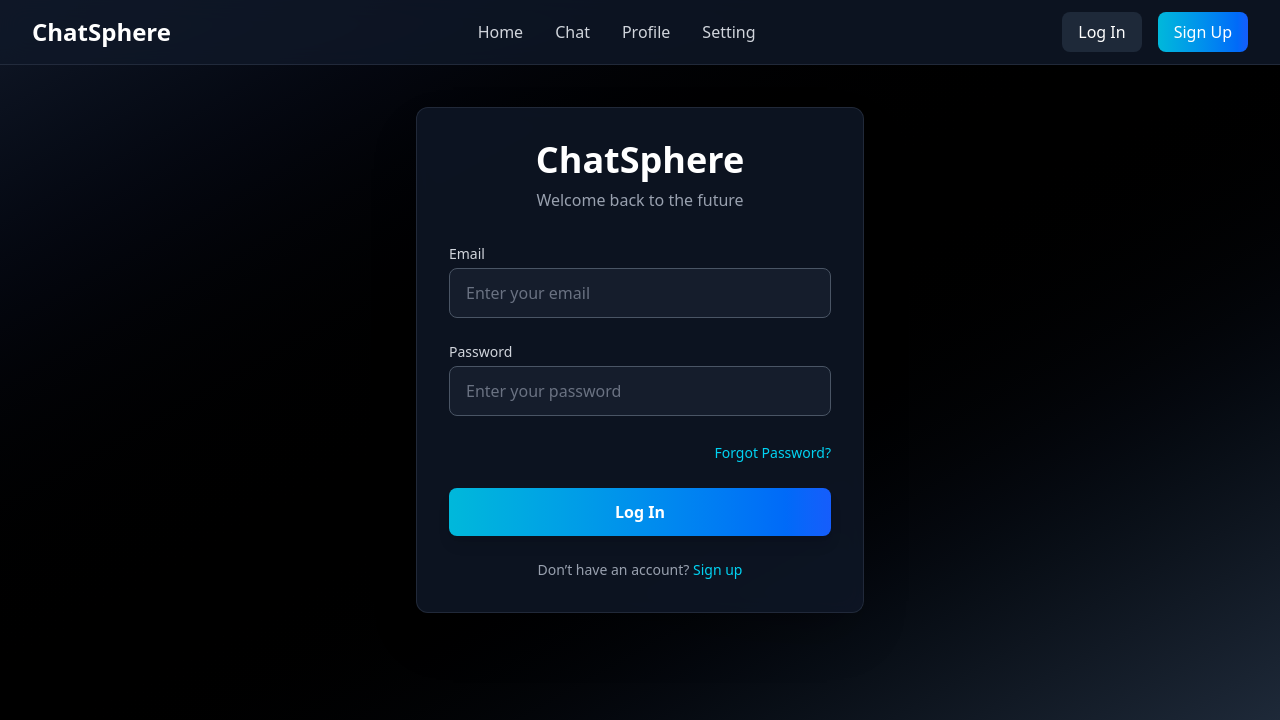
Repository: DiwanMalla/chatSphere
Page: /settings (app in frontend/)
The author's editor kept a copy of each file at every save. The page is drawn from the files as they stood at one save, then again after the next save.
The browser window is 1280 px wide. The pictures show the whole page.
The page's requests for data from a server got no answer. The project was rebuilt for these pictures with package versions that can differ from the ones it lists, and the page was loaded fresh each time. No one was signed in, and anything a server would have sent is missing. Also part of the build but not shown: frontend/vite.config.ts, frontend/src/pages/HomePage.tsx, frontend/src/pages/SignUpPage.tsx, frontend/src/pages/ProfilePage.tsx, frontend/src/pages/Settings.tsx, frontend/src/pages/LandingPage.tsx.

Above is the page before, as saved 2025-03-22 16:31:14.

After the next save:
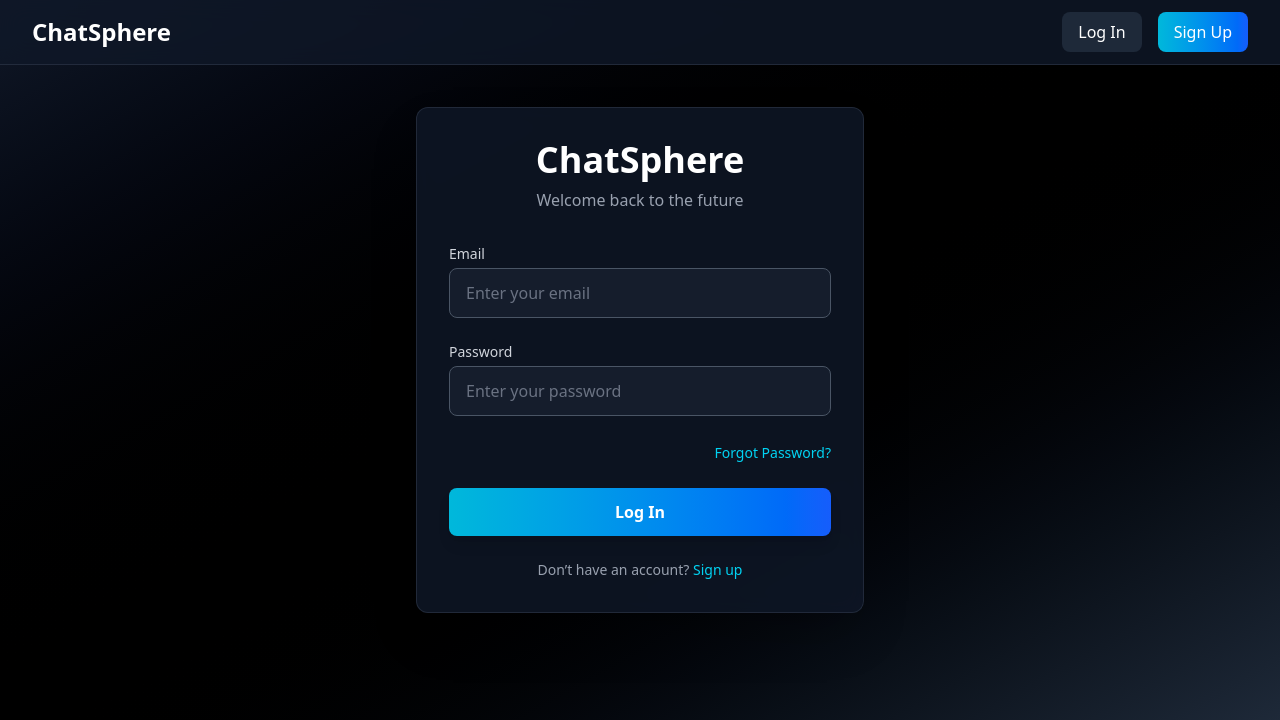
Saved 20 s later.
--- a/frontend/src/components/Navbar.tsx
+++ b/frontend/src/components/Navbar.tsx
@@ -23,48 +23,50 @@ const Navbar = () => {
 
           {/* Desktop Menu */}
           {/* {authUser ? ( */}
-          <div className="hidden md:flex space-x-8">
-            <NavLink
-              to="/"
-              className={({ isActive }) =>
-                `text-gray-300 hover:text-cyan-400 transition-colors duration-200 ${
-                  isActive ? "text-cyan-400" : ""
-                }`
-              }
-            >
-              Home
-            </NavLink>
-            <NavLink
-              to="/chat"
-              className={({ isActive }) =>
-                `text-gray-300 hover:text-cyan-400 transition-colors duration-200 ${
-                  isActive ? "text-cyan-400" : ""
-                }`
-              }
-            >
-              Chat
-            </NavLink>
-            <NavLink
-              to="/profile"
-              className={({ isActive }) =>
-                `text-gray-300 hover:text-cyan-400 transition-colors duration-200 ${
-                  isActive ? "text-cyan-400" : ""
-                }`
-              }
-            >
-              Profile
-            </NavLink>
-            <NavLink
-              to="/settings"
-              className={({ isActive }) =>
-                `text-gray-300 hover:text-cyan-400 transition-colors duration-200 ${
-                  isActive ? "text-cyan-400" : ""
-                }`
-              }
-            >
-              Setting
-            </NavLink>
-          </div>
+          {authUser && (
+            <div className="hidden md:flex space-x-8">
+              <NavLink
+                to="/"
+                className={({ isActive }) =>
+                  `text-gray-300 hover:text-cyan-400 transition-colors duration-200 ${
+                    isActive ? "text-cyan-400" : ""
+                  }`
+                }
+              >
+                Home
+              </NavLink>
+              <NavLink
+                to="/chat"
+                className={({ isActive }) =>
+                  `text-gray-300 hover:text-cyan-400 transition-colors duration-200 ${
+                    isActive ? "text-cyan-400" : ""
+                  }`
+                }
+              >
+                Chat
+              </NavLink>
+              <NavLink
+                to="/profile"
+                className={({ isActive }) =>
+                  `text-gray-300 hover:text-cyan-400 transition-colors duration-200 ${
+                    isActive ? "text-cyan-400" : ""
+                  }`
+                }
+              >
+                Profile
+              </NavLink>
+              <NavLink
+                to="/settings"
+                className={({ isActive }) =>
+                  `text-gray-300 hover:text-cyan-400 transition-colors duration-200 ${
+                    isActive ? "text-cyan-400" : ""
+                  }`
+                }
+              >
+                Setting
+              </NavLink>
+            </div>
+          )}
           {/* ) : (
             <NavLink
               to="/settings"
